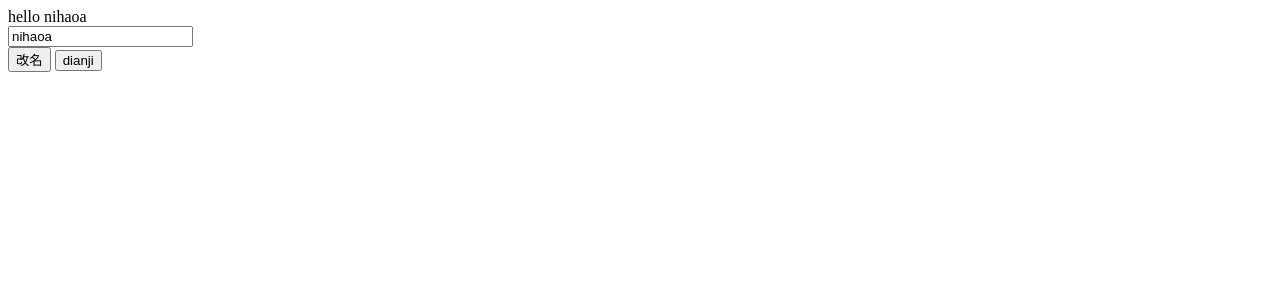
Repository: zgw88/vite-svelte
Page: /
An editor plug-in stored every save of this project. The page is shown before and after the next save, followed by the edit.
The browser window is 1280 px wide. The pictures show the whole page.
The project was rebuilt for these pictures with package versions that can differ from the ones it lists, and the page was loaded fresh each time. Also part of the build but not shown: vite.config.js, src/app.css.

Above is the page before, as saved 2022-08-08 17:12:01.

### src/App.svelte
<script>
  let name = 'nihaoa'
  let a = 111
  let b = 222
  let el1 = `<h1> ${name} </h1>`
  let color = 'pink'
  let foo = true
  let state = true
  let count = 0
  $: double = count * 2

  // let list = ['1',2,3,4,5]
  // let list = [
  //   {name: 'hhhh'},
  //   {name: 'cccc'}
  // ]
  let list = []
  setTimeout(() =>{
    color = 'green'
    foo = false
    state = false
  },1000)

  const handleClick = () =>{
    console.log(name,'ccc')
    name = 'henbuhao'
  }

  const handleCount = () =>{
    count += 1
  }

  const handleClickP = () =>{
    console.log(name,'pppp')
  }

</script>


<!-- <div title={name}>sss</div> -->
<div>hello {name}</div>
<!-- <span>{a} + {b} = {a + b}</span> -->
<!-- <div style="color: {color}">{@html el1}</div> -->
<!-- <div class:active={foo}>{@html el1}</div> -->
<!-- {#if state}
  <div style="color: {color}">{@html el1}</div>
{:else}
  <div style="color: {color}">{@html el1}</div>
{/if}
<ul>
  {#each list as {name}}
    <li>{`${name} -- ${name}`}</li>
    {:else}
    <div>暂无</div>
  {/each}
</ul> -->
<input type="text" bind:value={name} />
<div on:click={handleClickP}>
  <button on:click|stopPropagation={handleClick}>改名</button>
  <button on:click={handleCount}>dianji</button>
</div>



<style>
  .active{
    color: red;
  }
</style>

Loaded but not shown: index.html (common file); src/main.js (common file)

After the next save:
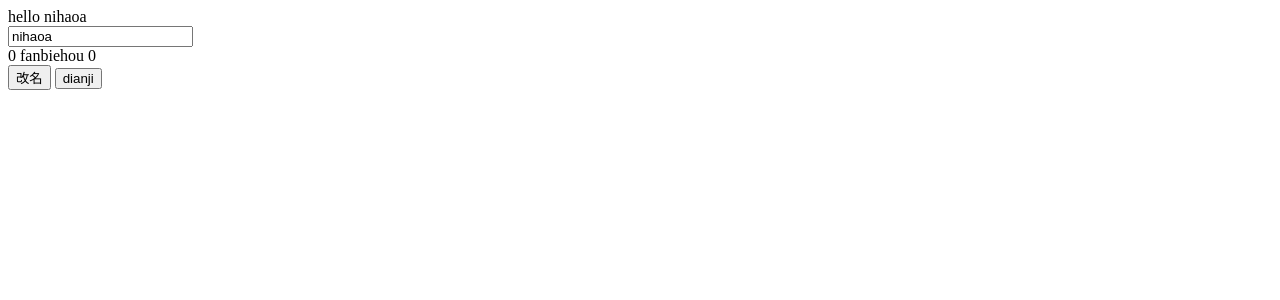
Saved 23 s later.
--- a/src/App.svelte
+++ b/src/App.svelte
@@ -55,6 +55,8 @@
   {/each}
 </ul> -->
 <input type="text" bind:value={name} />
+<div>{count} fanbiehou {double}</div>
+
 <div on:click={handleClickP}>
   <button on:click|stopPropagation={handleClick}>改名</button>
   <button on:click={handleCount}>dianji</button>
